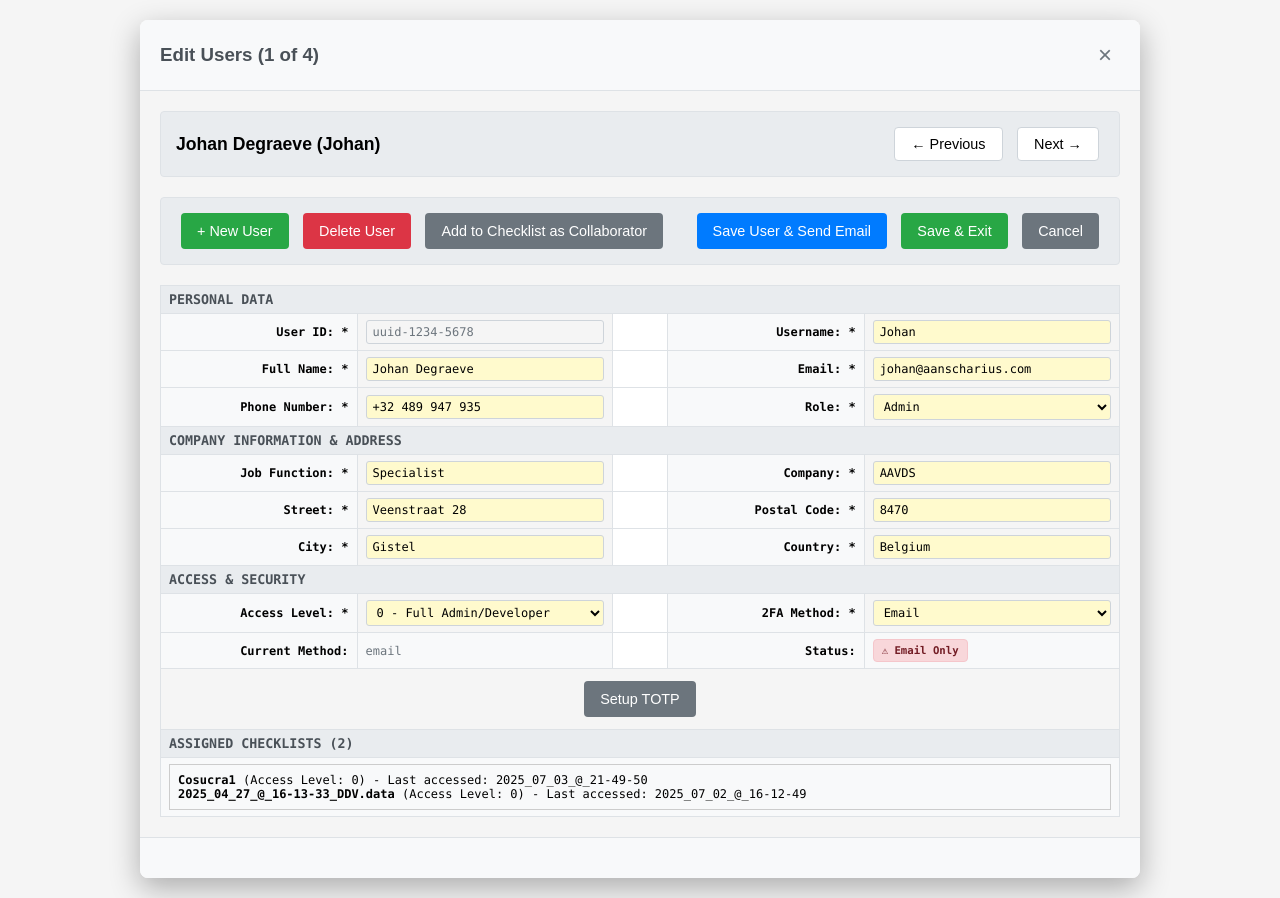
Repository: jeedee23/checklistrepo
Page: checklists/user-management-demo.html
An editor plug-in stored every save of this project. The page is shown before and after the next save, followed by the edit.
The browser window is 1280 px wide. The pictures show the whole page.

Above is the page before, as saved 2025-07-04 14:16:11.

### checklists/user-management-demo.html
<!DOCTYPE html>
<html lang="en">
<head>
    <meta charset="UTF-8">
    <meta name="viewport" content="width=device-width, initial-scale=1.0">
    <title>User Management Demo</title>
    <style>
        body {
            font-family: Arial, sans-serif;
            margin: 20px;
            background: #f5f5f5;
        }

        .modal-dialog {
            background: white;
            border-radius: 8px;
            box-shadow: 0 10px 30px rgba(0,0,0,0.3);
            width: 1000px;
            margin: 0 auto;
            overflow: hidden;
            display: flex;
            flex-direction: column;
        }

        .modal-header {
            padding: 20px;
            border-bottom: 1px solid #dee2e6;
            display: flex;
            justify-content: space-between;
            align-items: center;
            background-color: #f8f9fa;
        }

        .modal-header h3 {
            margin: 0;
            color: #495057;
        }

        .close-button {
            background: none;
            border: none;
            font-size: 1.5rem;
            cursor: pointer;
            color: #6c757d;
            padding: 0;
            width: 30px;
            height: 30px;
            display: flex;
            align-items: center;
            justify-content: center;
        }

        .modal-body {
            padding: 20px;
            background: #f5f5f5;
        }

        .user-navigation {
            margin-bottom: 20px;
            padding: 15px;
            background: #e9ecef;
            border-radius: 4px;
            border: 1px solid #dee2e6;
            display: flex;
            justify-content: space-between;
            align-items: center;
        }

        .user-navigation span {
            font-weight: bold;
            font-size: 1.1em;
        }

        .user-navigation button {
            padding: 8px 16px;
            margin: 0 5px;
            border: 1px solid #ced4da;
            border-radius: 4px;
            background: white;
            cursor: pointer;
            font-size: 0.9rem;
        }

        .form-table {
            width: 100%;
            border-collapse: collapse;
            font-family: Consolas, monospace;
            font-size: 9pt;
        }

        .form-table td {
            padding: 6px 8px;
            vertical-align: middle;
            border: 1px solid #dee2e6;
        }

        .section-header {
            font-weight: bold;
            font-size: 10pt;
            background: #e9ecef;
            text-align: left;
            padding: 10px 12px;
            color: #495057;
            border: 1px solid #dee2e6;
            border-bottom: 2px solid #adb5bd;
        }

        .label {
            width: 150px;
            font-weight: bold;
            background: #f8f9fa;
            text-align: right;
            padding-right: 12px;
            white-space: nowrap;
        }

        .input {
            width: 200px;
            padding: 4px;

        }

        .input input,
        .input select {
            width: 100%;
            padding: 4px 6px;
            border: 1px solid #ced4da;
            border-radius: 3px;
            background: transparent;
            font-family: Consolas, monospace;
            font-size: 9pt;
            box-sizing: border-box;
             background: #FFFACD;
        }

        .input input[readonly] {
            background: transparent;
            color: #6c757d;
            cursor: not-allowed;
        }

        .input-readonly {
            width: 200px;
            padding: 4px 6px;
            background: #f8f9fa;
            color: #6c757d;
            font-family: Consolas, monospace;
            font-size: 9pt;
        }

        .spacer {
            width: 30px;
            background: white;
            border: 1px solid #dee2e6;
        }

        .checklist-cell {
            padding: 8px;
            background: #f8f9fa;
        }

        .checklist-display {
            max-height: 100px;
            overflow-y: auto;
            border: 1px solid #ccc;
            padding: 8px;
            background: #f8f9fa;
            font-family: Consolas, monospace;
            font-size: 9pt;
        }

        .status-badge {
            padding: 4px 8px;
            border-radius: 4px;
            font-size: 8pt;
            font-weight: 600;
            display: inline-block;
        }

        .status-badge.active {
            background: #d4edda;
            color: #155724;
            border: 1px solid #c3e6cb;
        }

        .status-badge.inactive {
            background: #f8d7da;
            color: #721c24;
            border: 1px solid #f5c6cb;
        }

        .modal-footer {
            padding: 20px;
            border-top: 1px solid #dee2e6;
            display: flex;
            justify-content: space-between;
            background-color: #f8f9fa;
        }

        .btn {
            padding: 10px 16px;
            border: none;
            border-radius: 4px;
            cursor: pointer;
            font-size: 0.9rem;
            margin: 0 5px;
        }

        .btn-primary { background-color: #007bff; color: white; }
        .btn-success { background-color: #28a745; color: white; }
        .btn-secondary { background-color: #6c757d; color: white; }
        .btn-danger { background-color: #dc3545; color: white; }
    </style>
</head>
<body>
    <div class="modal-dialog">
        <div class="modal-header">
            <h3>Edit Users (1 of 4)</h3>
            <button class="close-button">×</button>
        </div>

        <div class="modal-body">
            <div class="user-navigation">
                <span>Johan Degraeve (Johan)</span>
                <div>
                    <button>← Previous</button>
                    <button>Next →</button>
                </div>
            </div>

            <!-- Action buttons moved to top -->
            <div style="margin-bottom: 20px; padding: 15px; background: #e9ecef; border-radius: 4px; border: 1px solid #dee2e6; display: flex; justify-content: space-between; align-items: center;">
                <div>
                    <button class="btn btn-success">+ New User</button>
                    <button class="btn btn-danger">Delete User</button>
                    <button class="btn btn-secondary">Add to Checklist as Collaborator</button>
                </div>
                <div>
                    <button class="btn btn-primary">Save User & Send Email</button>
                    <button class="btn btn-success">Save & Exit</button>
                    <button class="btn btn-secondary">Cancel</button>
                </div>
            </div>

            <table class="form-table">
                <!-- PERSONAL DATA Section -->
                <tr>
                    <td colspan="5" class="section-header">PERSONAL DATA</td>
                </tr>
                <tr>
                    <td class="label">User ID: *</td>
                    <td class="input"><input type="text" value="uuid-1234-5678" readonly></td>
                    <td class="spacer">&nbsp;</td>
                    <td class="label">Username: *</td>
                    <td class="input"><input type="text" value="Johan"></td>
                </tr>
                <tr>
                    <td class="label">Full Name: *</td>
                    <td class="input"><input type="text" value="Johan Degraeve"></td>
                    <td class="spacer">&nbsp;</td>
                    <td class="label">Email: *</td>
                    <td class="input"><input type="email" value="johan@aanscharius.com"></td>
                </tr>
                <tr>
                    <td class="label">Phone Number: *</td>
                    <td class="input"><input type="tel" value="+32 489 947 935"></td>
                    <td class="spacer">&nbsp;</td>
                    <td class="label">Role: *</td>
                    <td class="input">
                        <select>
                            <option>User</option>
                            <option selected>Admin</option>
                        </select>
                    </td>
                </tr>

                <!-- COMPANY INFORMATION & ADDRESS Section -->
                <tr>
                    <td colspan="5" class="section-header">COMPANY INFORMATION & ADDRESS</td>
                </tr>
                <tr>
                    <td class="label">Job Function: *</td>
                    <td class="input"><input type="text" value="Specialist"></td>
                    <td class="spacer">&nbsp;</td>
                    <td class="label">Company: *</td>
                    <td class="input"><input type="text" value="AAVDS"></td>
                </tr>
                <tr>
                    <td class="label">Street: *</td>
                    <td class="input"><input type="text" value="Veenstraat 28"></td>
                    <td class="spacer">&nbsp;</td>
                    <td class="label">Postal Code: *</td>
                    <td class="input"><input type="text" value="8470"></td>
                </tr>
                <tr>
                    <td class="label">City: *</td>
                    <td class="input"><input type="text" value="Gistel"></td>
                    <td class="spacer">&nbsp;</td>
                    <td class="label">Country: *</td>
                    <td class="input"><input type="text" value="Belgium"></td>
                </tr>

                <!-- ACCESS & SECURITY (with 2FA) Section -->
                <tr>
                    <td colspan="5" class="section-header">ACCESS & SECURITY</td>
                </tr>
                <tr>
                    <td class="label">Access Level: *</td>
                    <td class="input">
                        <select>
                            <option selected>0 - Full Admin/Developer</option>
                            <option>1 - Full Admin/User Management</option>
                            <option>2 - Admin (no field/user mgmt)</option>
                        </select>
                    </td>
                    <td class="spacer">&nbsp;</td>
                    <td class="label">2FA Method: *</td>
                    <td class="input">
                        <select>
                            <option selected>Email</option>
                            <option>TOTP (Authenticator App)</option>
                            <option>None</option>
                        </select>
                    </td>
                </tr>
                <tr>
                    <td class="label">Current Method:</td>
                    <td class="input-readonly">email</td>
                    <td class="spacer">&nbsp;</td>
                    <td class="label">Status:</td>
                    <td class="input-readonly">
                        <span class="status-badge inactive">⚠ Email Only</span>
                    </td>
                </tr>
                <tr>
                    <td colspan="5" style="text-align: center; padding: 12px; border: 1px solid #dee2e6;">
                        <button class="btn btn-secondary">Setup TOTP</button>
                    </td>
                </tr>

                <!-- ASSIGNED CHECKLISTS Section -->
                <tr>
                    <td colspan="5" class="section-header">ASSIGNED CHECKLISTS (2)</td>
                </tr>
                <tr>
                    <td colspan="5" class="checklist-cell">
                        <div class="checklist-display">
                            <div><strong>Cosucra1</strong> (Access Level: 0) - Last accessed: 2025_07_03_@_21-49-50</div>
                            <div><strong>2025_04_27_@_16-13-33_DDV.data</strong> (Access Level: 0) - Last accessed: 2025_07_02_@_16-12-49</div>
                        </div>
                    </td>
                </tr>
            </table>
        </div>

        <div class="modal-footer">
            <!-- Footer kept minimal or can be removed since buttons are now at top -->
        </div>
    </div>
</body>
</html>

After the next save:
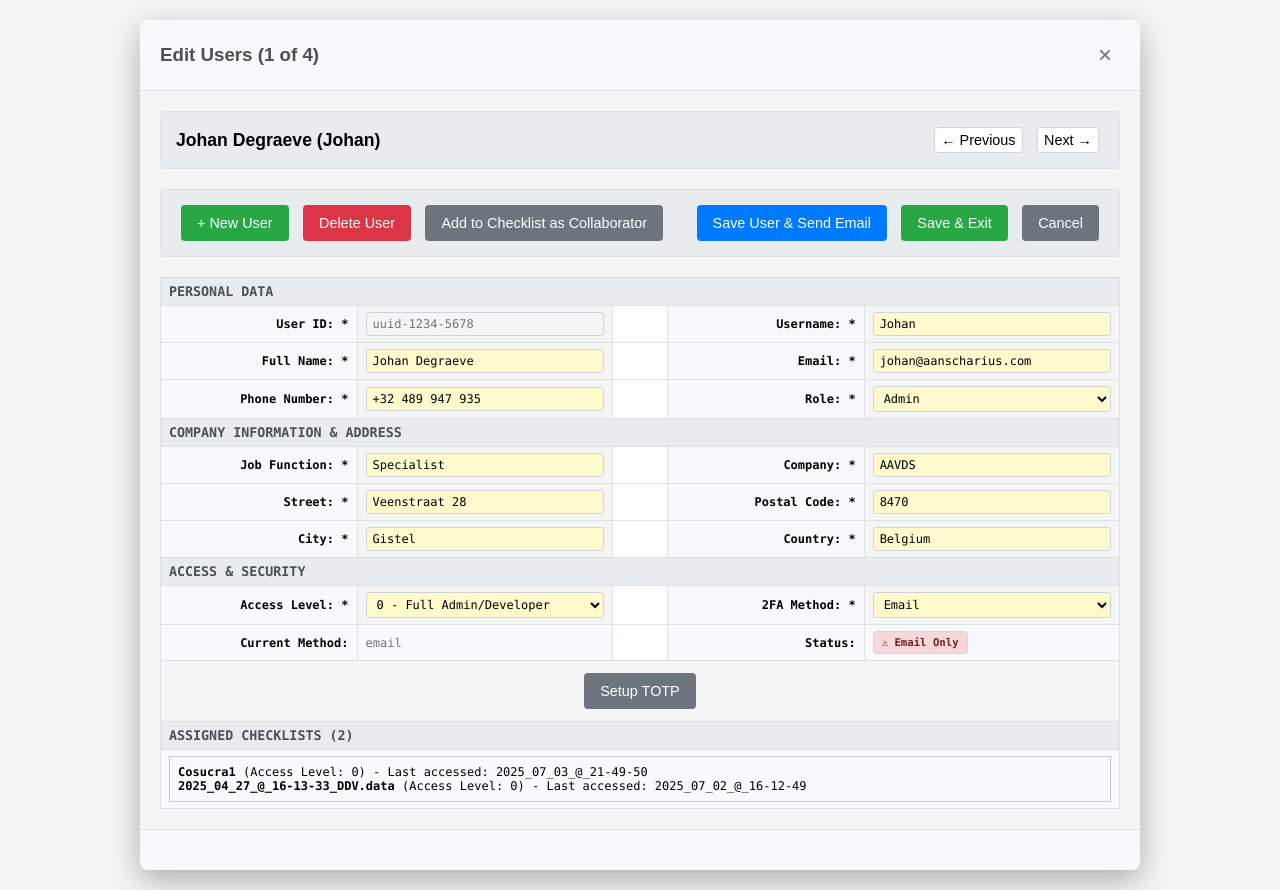
Saved 50 s later.
--- a/checklists/user-management-demo.html
+++ b/checklists/user-management-demo.html
@@ -72,7 +72,7 @@
         }
 
         .user-navigation button {
-            padding: 8px 16px;
+            padding: 4px 6px;
             margin: 0 5px;
             border: 1px solid #ced4da;
             border-radius: 4px;
